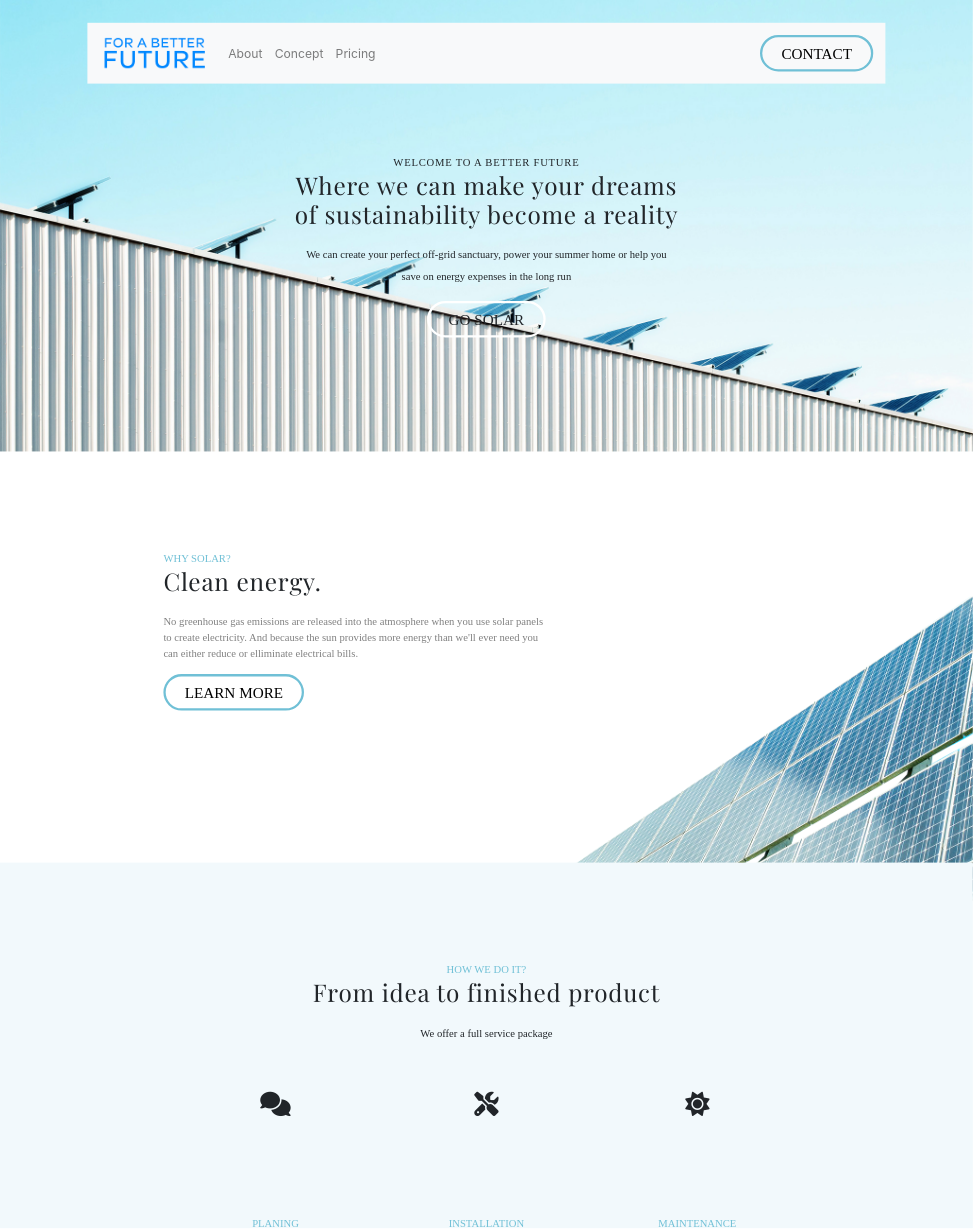
Repository: sabinemm/fabf
Page: index.html
The author's editor kept a record of every edit. The page is drawn from the files as they stood at one moment, then again after the next edit.
The browser window is 1280 px wide. The pictures show the whole page, at 76% of full size.
Backgrounds fixed to the window are drawn as part of the page. Some web fonts or font styles are not loaded; a fallback is used. Some web libraries are served in a nearby version.

Above is the page before.

After the next edit:
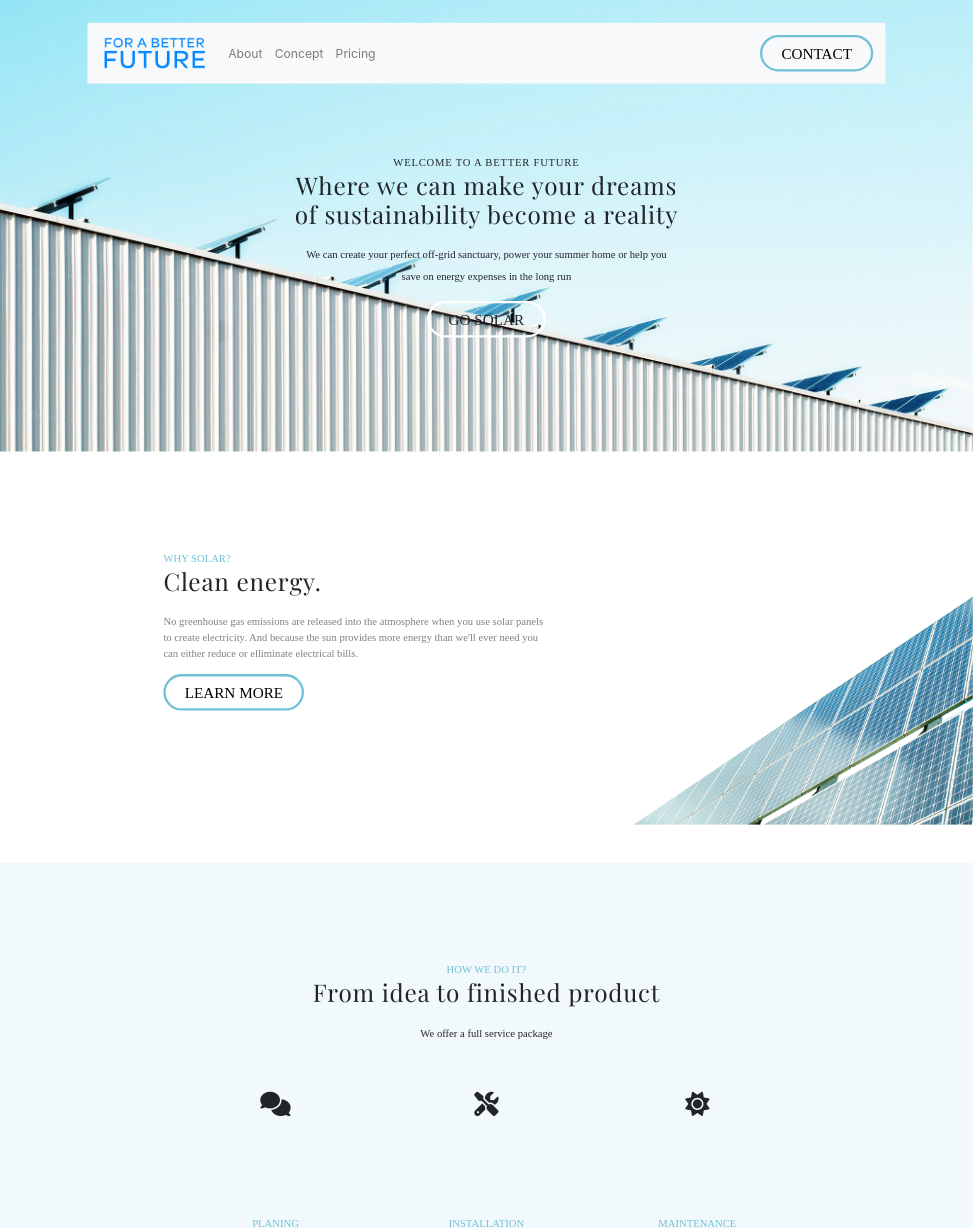
The edit:
--- a/style.css
+++ b/style.css
@@ -173,6 +173,12 @@
 z-index: -1;
 }
 
+@media (min-width:768px) {
+    .sidepanel {
+        height:300px;
+    }
+}
+
 
 /*-------------------SECTION 3 PAGE 1------------------*/
 

After the edit that followed:
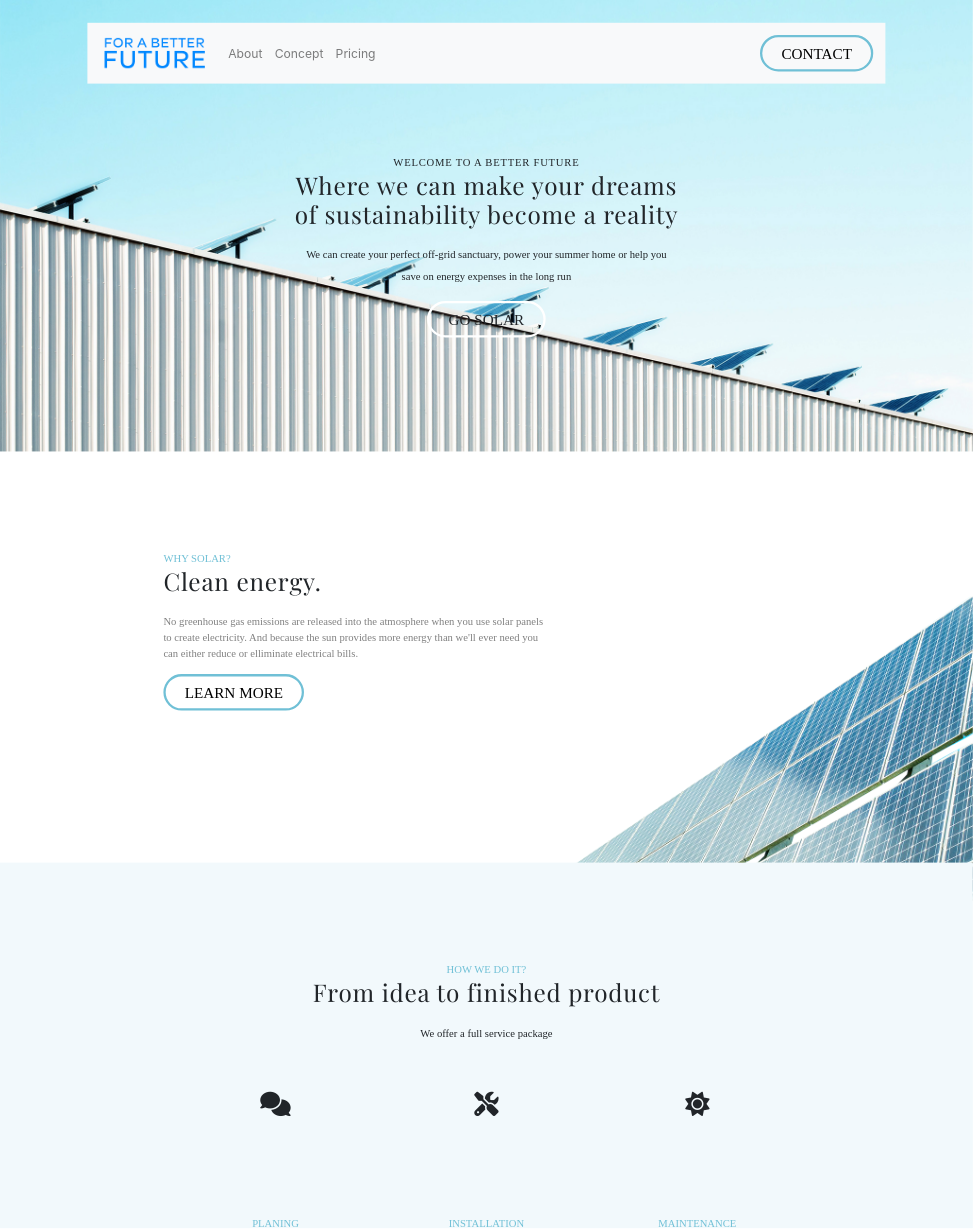
The edit:
--- a/style.css
+++ b/style.css
@@ -173,13 +173,6 @@
 z-index: -1;
 }
 
-@media (min-width:768px) {
-    .sidepanel {
-        height:300px;
-    }
-}
-
-
 /*-------------------SECTION 3 PAGE 1------------------*/
 
 #idea {
